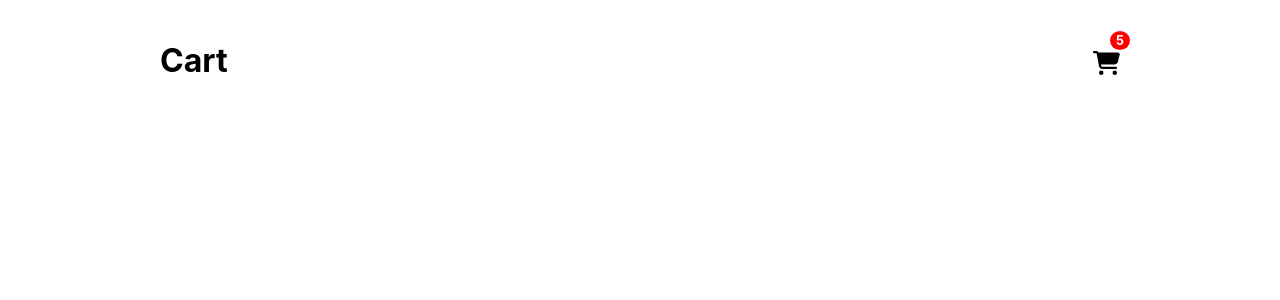
Repository: sriram1224/Cart-react-app
Page: /
The author's editor kept a copy of each file at every save. The page is drawn from the files as they stood at one save, then again after the next save.
The browser window is 1280 px wide. The pictures show the whole page.
The project was rebuilt for these pictures with package versions that can differ from the ones it lists, and the page was loaded fresh each time.

Above is the page before, as saved 2024-03-12 13:49:29.

After the next save:
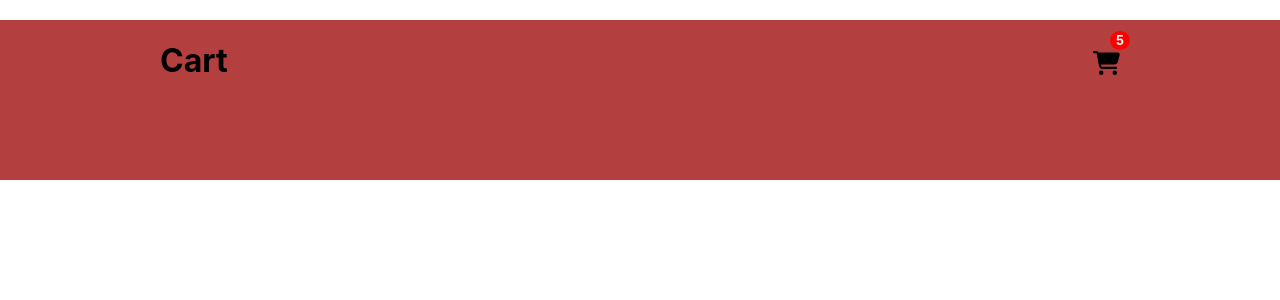
Saved 20 s later.
--- a/src/Components/Navbar.css
+++ b/src/Components/Navbar.css
@@ -37,4 +37,5 @@ text-align: center;
 .nav-container{
     width: 100%;
     height: 10rem;
+    background-color:rgb(179, 63, 63)
 }
